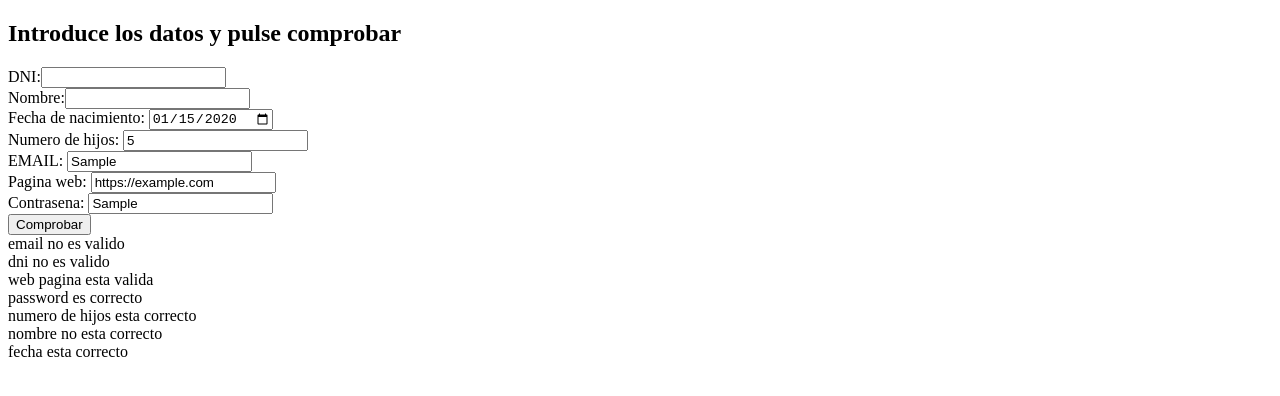
Repository: KoTvTrysaX01/2DAW-Desarrollo-WEB-en-Entorno-Cliente
Page: JAVASCRIPT/UD2/practica5/Actividad1/index.html
An editor plug-in stored every save of this project. The page is shown before and after a run of saves, followed by the edit.
The browser window is 1280 px wide. The pictures show the whole page.
Empty fields were first filled with sample values (such as "Sample", 5 or name@example.com).
After loading, the first visible `#registartionForm` was submitted once.

Above is the page before, as saved 2025-11-01 17:13:18.

### JAVASCRIPT/UD2/practica5/Actividad1/index.html
<!DOCTYPE html>
<html>
  <body>
    <h2>Introduce los datos y pulse comprobar</h2>
    <form id = "registartionForm" name="form1" method="post" action="" target=" _blank">
        DNI:<input id="dni" type="text" name="dni" ><br>
        Nombre:<input id="nombre" type="text" name="nombre" ><br>
        Fecha de nacimiento: <input id="fecha" type="date" name="fecha" ><br>
        Numero de hijos: <input type="number" name="hijos" id = "hijos" min = "0"><br>
        EMAIL: <input id = "email" type="text" name="email" ><br>
        Pagina web: <input type="url" name="web" id = "pagina" placeholder="http://www.ejemplo.com" required><br>
        Contrasena: <input type="text" name="contrasena" id = "password" ><br>
        <input type="submit" value = "Comprobar">
    </form>


    <div id="errorMessages"></div>
    <script src="script.js"></script>
  </body>
</html>

### JAVASCRIPT/UD2/practica5/Actividad1/script.js
let form = document.getElementById("registartionForm");
let emailInput = document.getElementById("email");
let error = document.getElementById("errorMessages");
let dni = document.getElementById("dni")
let passw = document.getElementById("password")
let web = document.getElementById("pagina")
let hijos = document.getElementById("hijos")
let nombreInput = document.getElementById("nombre")
let fecha = document.getElementById("fecha")
form.addEventListener("submit", (e) => {
  e.preventDefault();
  const emailForm = emailInput.value.trim();
  const password = passw.value.trim()
  function validEmail(emailForm) {
    return /^[^\s@]+@[^\s@]+\.[a-z]{2,}$/i.test(emailForm);

  }
    function esValido(emailForm) {
      if (validEmail(emailForm)) {
        error.innerHTML = "email  e valido<br>";
      } else {
        error.innerHTML = "email no es valido<br>";
      }
    }
    esValido(emailForm);

    function validarDni(dni) {

      return /^[XYZ]?\d{5,8}[TRWAGMYFPDXBNJZSQVHLCKET]$/.test(dni)
    }
    function esValidoDni() {
      const valor = dni.value.trim();
      if (validarDni(valor)) {
        error.innerHTML += "dni es valido<br>"
      } else {
        error.innerHTML += "dni no es valido<br>"
        dni.value = ""
      }
    }
    esValidoDni()

    function validWeb(url) {
          return /^https?:\/\/(?:www\.)?[a-zA-Z0-9\-]+\.[a-zA-Z]{2,}(?:\/.*)?$/.test(url);
        }
    function esValidoWeb() {
      const urlvalid = web.value.trim()
      if(validWeb(urlvalid)) {
        error.innerHTML +="web pagina esta valida<br>"
      } else {
        error.innerHTML += "web pagina no esta valida<br>"
        web.value = ""

      }
    }
    esValidoWeb()

     function validarContrasena(passwor) {
      var p = passwor.length
      if(p >=8 || p <=10) {
        error.innerHTML += "password es correcto<br>"
      } else {
         error.innerHTML += "password  no es correcto<br>"
         passw.value = ""
      }
     }
     validarContrasena(password)

     function validHijos(hijos) {
      const valorHijos = Number(hijos.value)
      if(isNaN(valorHijos) || valorHijos < 0 || valorHijos > 10) {
        error.innerHTML += "numero de hijos no esta correcto<br>"
         hijos.value = ""

      } else {
         error.innerHTML += "numero de hijos esta correcto<br>"

      }
     }
     validHijos(hijos)
    const nom = nombreInput.value.trim()
     function validNombre(nombres) {
      return /^[a-zA-ZáéíóúÁÉÍÓÚñÑ]{2,40}( [a-zA-ZáéíóúÁÉÍÓÚñÑ]{2,40}){1,3}$/.test(nombres)
     }
     function isvalidNombre(nombres){
      if(validNombre(nombres)) {
         error.innerHTML += "nombre esta correcto<br>"
      } else {
         error.innerHTML += "nombre no esta correcto<br>"
         nombreInput.value = ""
      }
      }
     isvalidNombre(nom)

     const fechaValor = fecha.value.trim();

     function validFecha(fecha) {
          return /^(19|20)\d{2}-(0[1-9]|1[0-2])-(0[1-9]|[12]\d|3[01])$/.test(fecha)
     }
     function esValidFecha(fecha) {
      if (validFecha(fecha)) {
         error.innerHTML += "fecha esta correcto<br>"
      } else {
         error.innerHTML += "fecha no esta correcto<br>"
         fecha.value= ""
      }
     }
     console.log(fechaValor)

     esValidFecha(fechaValor)


});

After the next 2 saves:
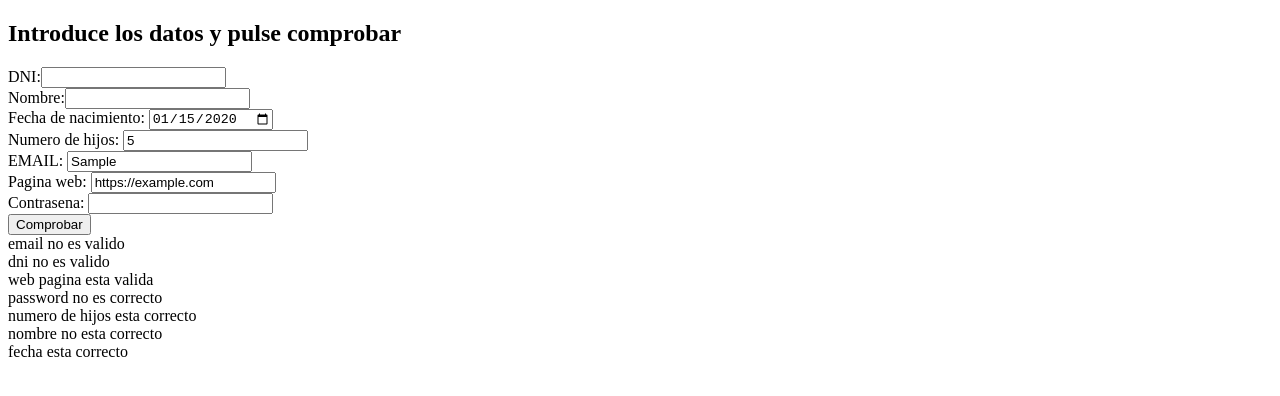
The 2 saves are shown as one change because they came seconds apart.
The last was saved 87 s later.
--- a/JAVASCRIPT/UD2/practica5/Actividad1/script.js
+++ b/JAVASCRIPT/UD2/practica5/Actividad1/script.js
@@ -56,7 +56,7 @@ form.addEventListener("submit", (e) => {
 
      function validarContrasena(passwor) {
       var p = passwor.length
-      if(p >=8 || p <=10) {
+      if(p >=8 && p <=10) {
         error.innerHTML += "password es correcto<br>"
       } else {
          error.innerHTML += "password  no es correcto<br>"
